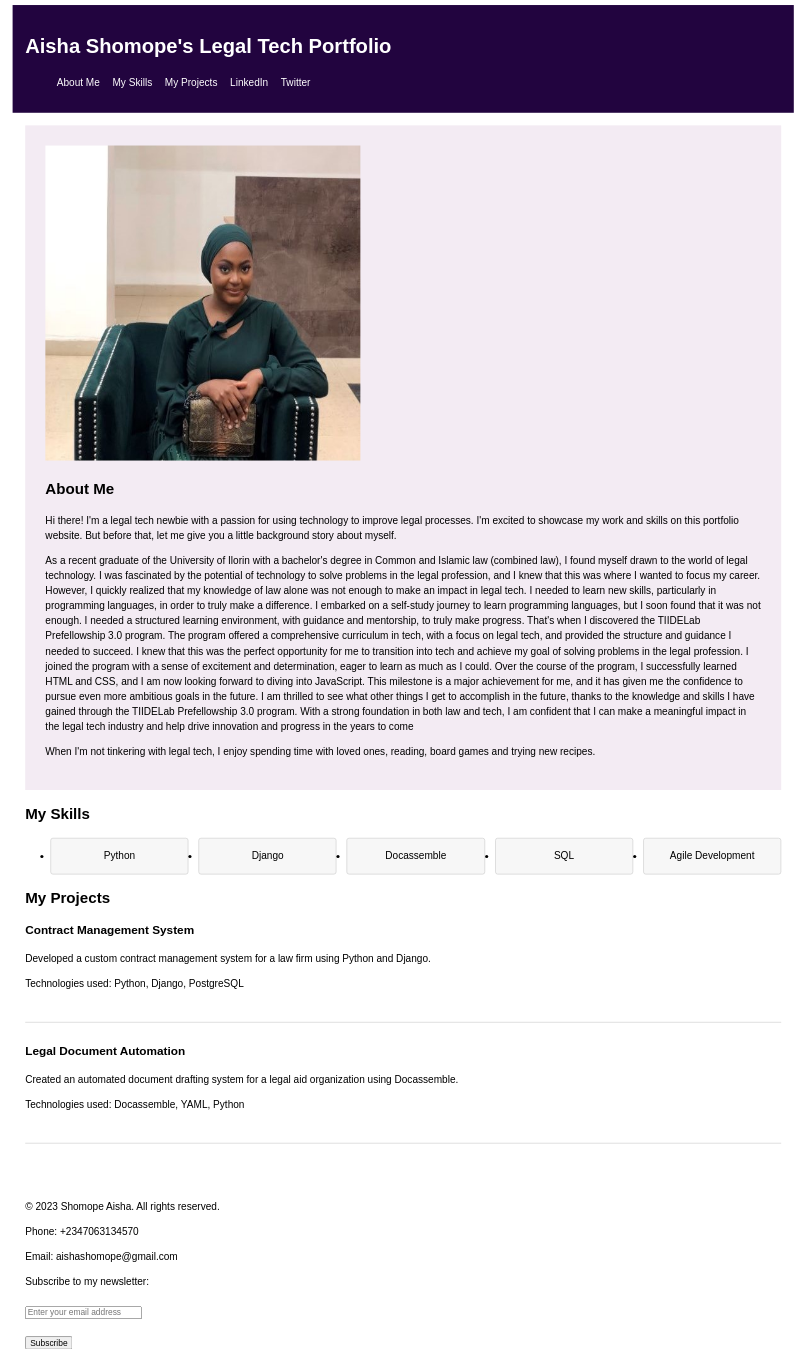
Repository: Iyewande/AishasPortfolio
Page: Index.html
An editor plug-in stored every save of this project. The page is shown before and after the next save, followed by the edit.
The browser window is 1280 px wide. The pictures show the whole page, at 63% of full size.

Above is the page before, as saved 2023-04-30 20:47:40.

After the next save:
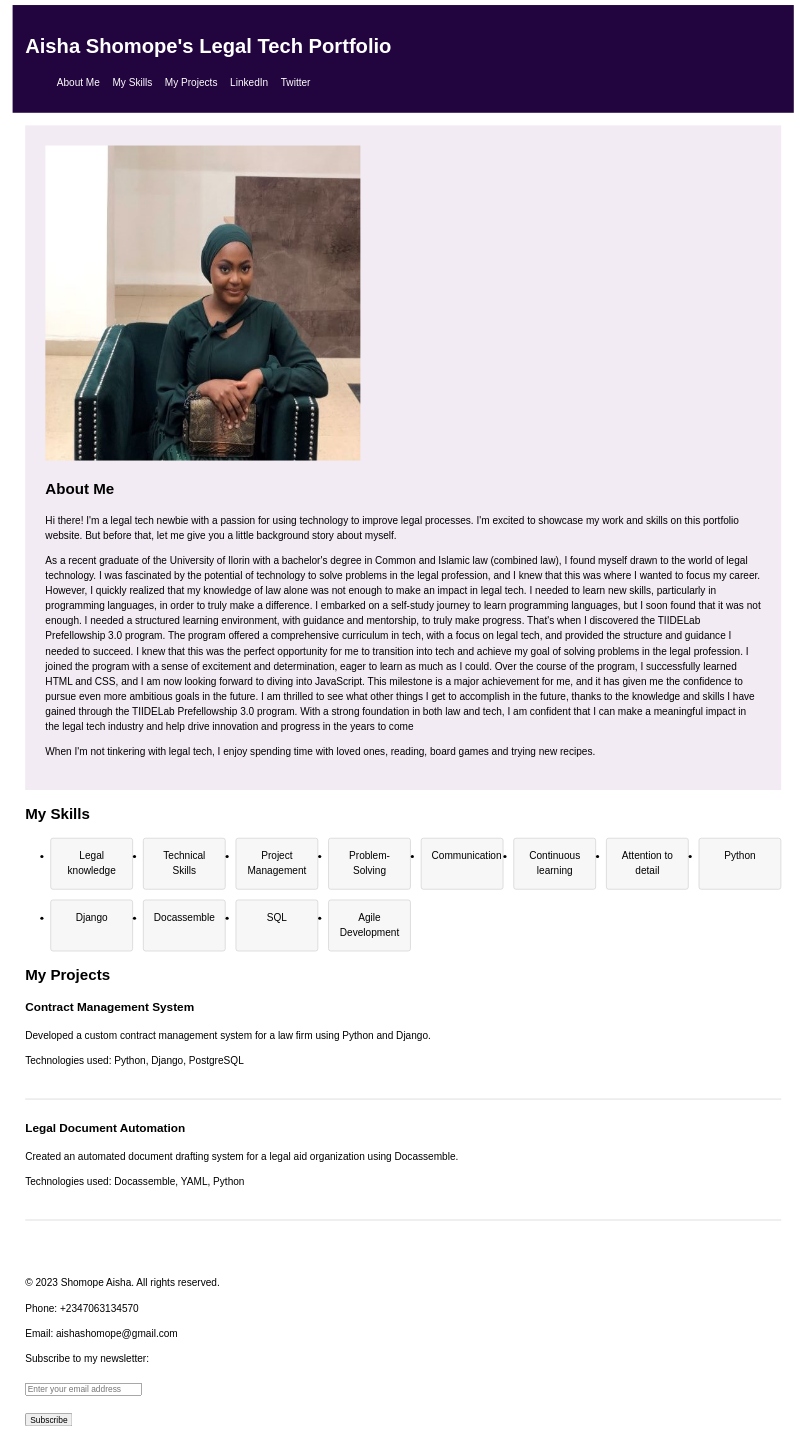
Saved 30 min 24 s later.
--- a/Index.html
+++ b/Index.html
@@ -42,7 +42,14 @@
                 <div class="main-container"></div>
                 <h2>My Skills</h2>
                 <ul>
-                  <li>Python</li>
+                    <li>Legal knowledge</li>
+                    <li>Technical Skills</li>
+                    <li>Project Management</li>
+                    <li>Problem-Solving</li>
+                    <li>Communication</li>
+                    <li>Continuous learning</li>
+                    <li>Attention to detail</li>
+                    <li>Python</li>
                   <li>Django</li>
                   <li>Docassemble</li>
                   <li>SQL</li>
